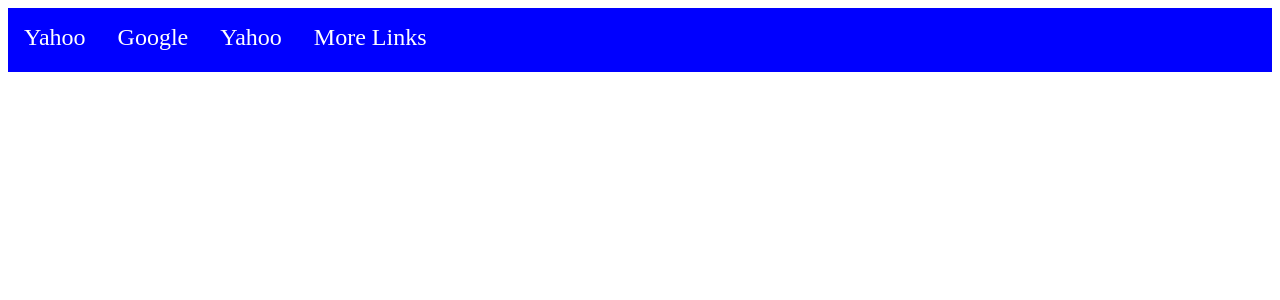
Repository: jason-ward220/jason-ward220.github.io
Page: index.html
The author's editor kept a record of every edit. The page is drawn from the files as they stood at one moment, then again after the next edit.
The browser window is 1280 px wide. The pictures show the whole page.

Above is the page before.

After the next edit:
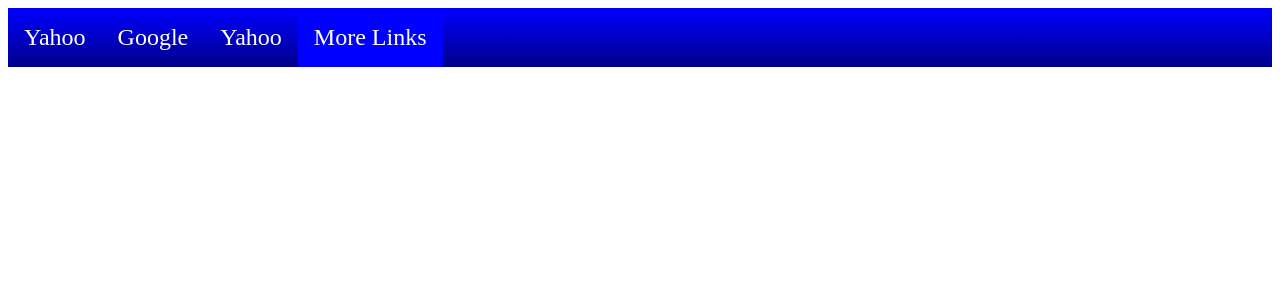
The edit:
--- a/index.html
+++ b/index.html
@@ -5,9 +5,8 @@
         <style>
             .navbar
             {
-                background-color: blue;
-                width: 100%;
-                height: 64px;
+background-image: linear-gradient(blue, darkBlue);
+                overflow: hidden;
             }
             .navbar a
             {
